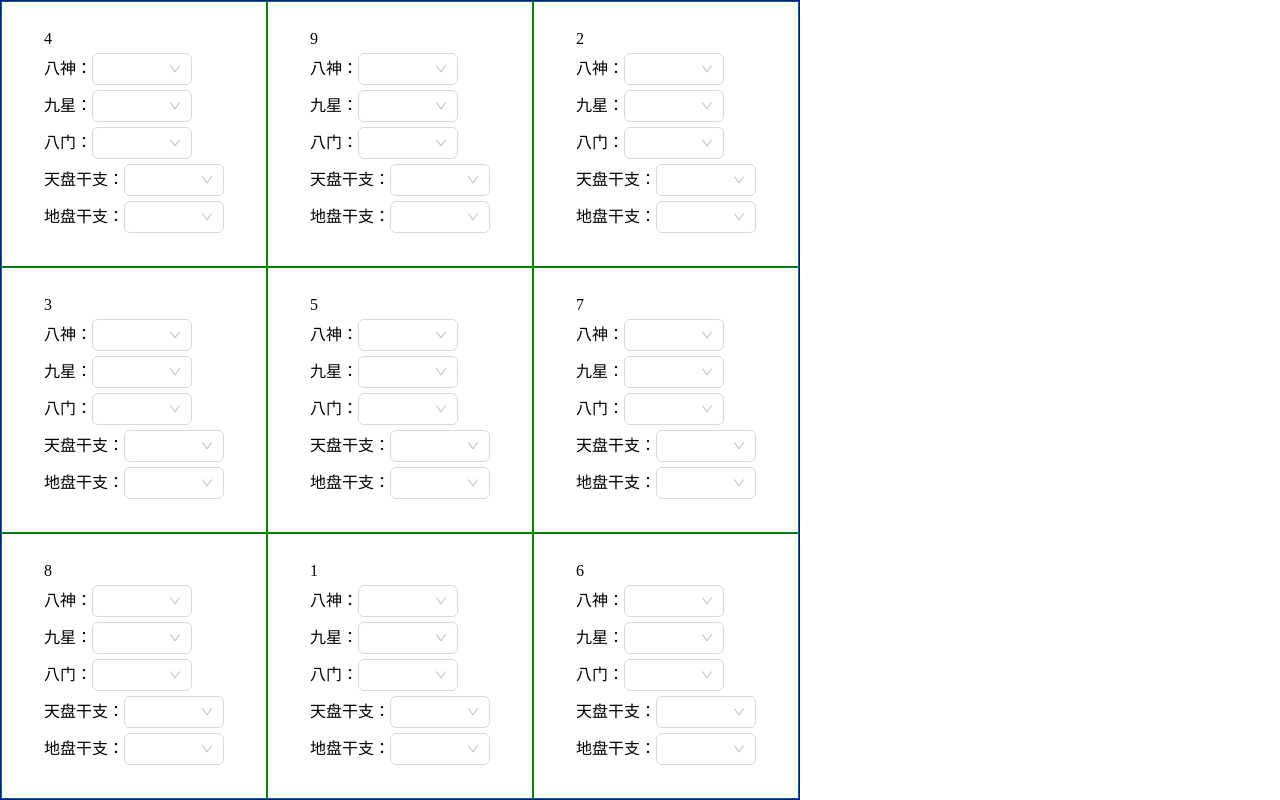
Repository: DaozhangChen/qiMen
Page: /
The author's editor kept a copy of each file at every save. The page is drawn from the files as they stood at one save, then again after the next save.
The browser window is 1280 px wide. The pictures show the whole page.
The project was rebuilt for these pictures with package versions that can differ from the ones it lists, and the page was loaded fresh each time. Also part of the build but not shown: vite.config.js.

Above is the page before, as saved 2024-04-04 21:05:50.

### src/App.jsx
import Sudoku from './compoment/Sudoku'

function App() {

  return (
    <>
      <Sudoku />
    </>
  )
}

export default App

### src/index.css
* {
  padding: 0;
  margin: 0;
  box-sizing: border-box;
}

ul,
li {
  list-style: none;
}

### src/compoment/Sudoku.jsx
import "./Sudoku.css"
import InfoSelect from "./InfoSelect"

function Sudoku() {
    const regionArr = [
        { number: 4, area: "震" },
        { number: 9, area: "震" },
        { number: 2, area: "震" },
        { number: 3, area: "震" },
        { number: 5, area: "震" },
        { number: 7, area: "震" },
        { number: 8, area: "震" },
        { number: 1, area: "震" },
        { number: 6, area: "震" }
    ]

    const getHtmlInfo = (target) => {
        console.log(target)
    }

    return (
        <div className="sudoku-grid">
            {/* 生成九宫格 */}
            {regionArr.map((value) => (
                <div key={`row-${value.number}`} className="sudoku-row" onClick={getHtmlInfo}>
                    <li className="sudoku-cell">
                        {value.number}
                        <li className="god">八神：<span><InfoSelect type="god" /></span></li>
                        <li className="star">九星：<span><InfoSelect type="star" /></span></li>
                        <li className="door">八门：<span><InfoSelect type="door" /></span></li>
                        <li className="upStem">天盘干支：<span><InfoSelect type="stem" /></span></li>
                        <li className="downStem">地盘干支：<span><InfoSelect type="stem" /></span></li>
                    </li>
                </div>
            ))}
        </div>
    )
}
export default Sudoku

### src/compoment/Sudoku.css
.sudoku-grid {
    border: 1px solid blue;
    width: 800px;
    height: 800px;
    display: grid;
    grid-template-columns: repeat(3, 1fr);
    grid-template-rows: repeat(3, 1fr);

}

.sudoku-row {
    display: flex;
    border: 1px solid green;
    align-items: center;
    justify-content: center;
}

.sudoku-cell>li {
    margin: 5px 0px;
}

### src/compoment/InfoSelect.jsx
import { Select } from "antd";
import setOption from "../toolFunction/setOption"

// eslint-disable-next-line react/prop-types
const InfoSelect = ({ type }) => {
    const option = setOption(type)
    return (
        <>
            <Select style={{ width: 100 }} options={option} />
        </>
    )
}

export default InfoSelect

### src/toolFunction/setOption.js
function setupOption(arr) {
    const option = arr.map((value) => {
        const obj = {}
        obj.label = value
        obj.value = value
        return obj
    })
    return option
}

const setOption = (type) => {
    const godArr = ["值符", "腾蛇", "太阴", "六合", "白虎", "玄武", "九地", "九天"]
    const starArr = ["天蓬星", "天任星", "天冲星", "天辅星", "天音星", "天芮星", "天柱星", "天心星", "天芮星"]
    const doorArr = ["休门", "生门", "伤门", "杜门", "景门", "死门", "惊门", "开门"]
    const stemArr = ["戊", "己", "庚", "辛", "壬", "癸", "丁", "丙", "乙"]
    const resultMap = {
        "god": setupOption(godArr),
        "star": setupOption(starArr),
        "door": setupOption(doorArr),
        "stem": setupOption(stemArr)
    }
    return resultMap[type]
}

export default setOption

Loaded but not shown: index.html (common file); src/main.jsx (common file)

After the next save:
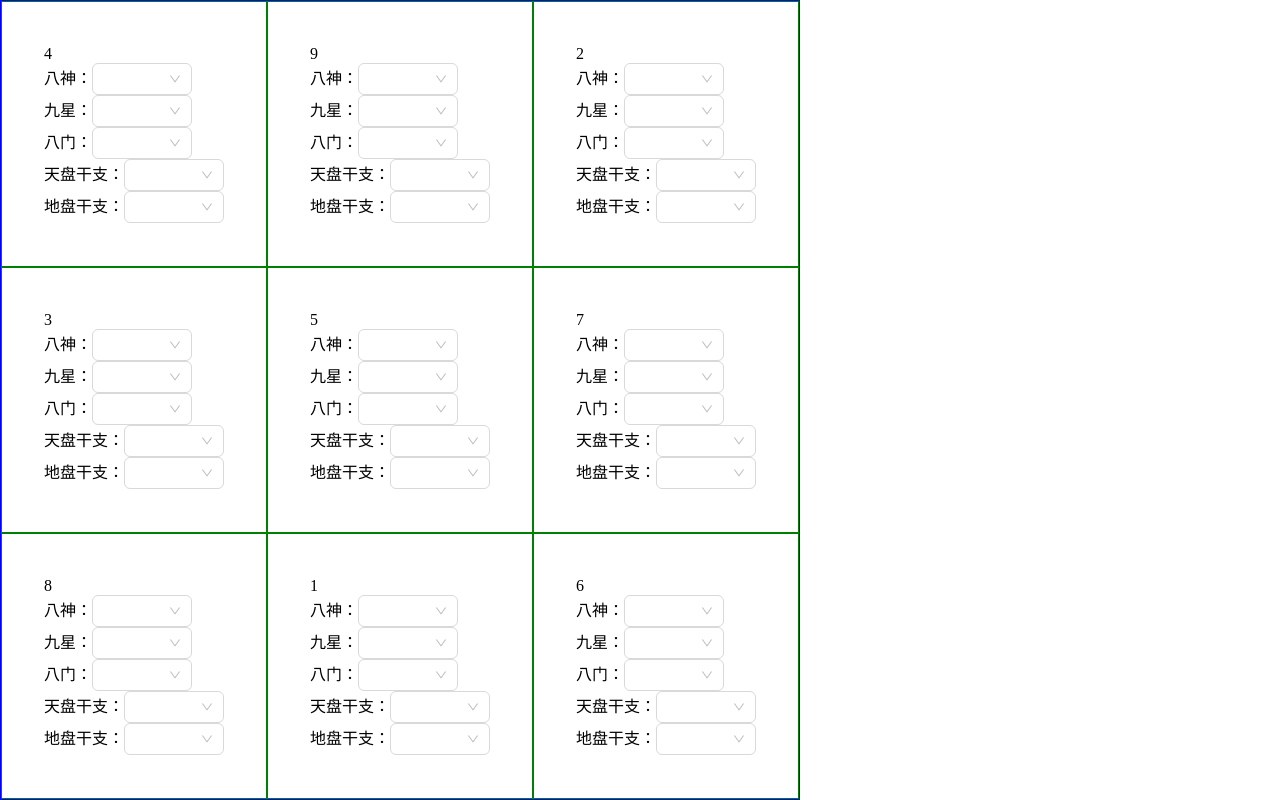
Saved 66 s later.
--- a/src/compoment/Sudoku.jsx
+++ b/src/compoment/Sudoku.jsx
@@ -23,14 +23,18 @@ function Sudoku() {
             {/* 生成九宫格 */}
             {regionArr.map((value) => (
                 <div key={`row-${value.number}`} className="sudoku-row" onClick={getHtmlInfo}>
-                    <li className="sudoku-cell">
-                        {value.number}
-                        <li className="god">八神：<span><InfoSelect type="god" /></span></li>
-                        <li className="star">九星：<span><InfoSelect type="star" /></span></li>
-                        <li className="door">八门：<span><InfoSelect type="door" /></span></li>
-                        <li className="upStem">天盘干支：<span><InfoSelect type="stem" /></span></li>
-                        <li className="downStem">地盘干支：<span><InfoSelect type="stem" /></span></li>
-                    </li>
+                    <ul>
+                        <li className="sudoku-cell">
+                            <ul>
+                                {value.number}
+                                <li className="god">八神：<span><InfoSelect type="god" /></span></li>
+                                <li className="star">九星：<span><InfoSelect type="star" /></span></li>
+                                <li className="door">八门：<span><InfoSelect type="door" /></span></li>
+                                <li className="upStem">天盘干支：<span><InfoSelect type="stem" /></span></li>
+                                <li className="downStem">地盘干支：<span><InfoSelect type="stem" /></span></li>
+                            </ul>
+                        </li>
+                    </ul>
                 </div>
             ))}
         </div>
